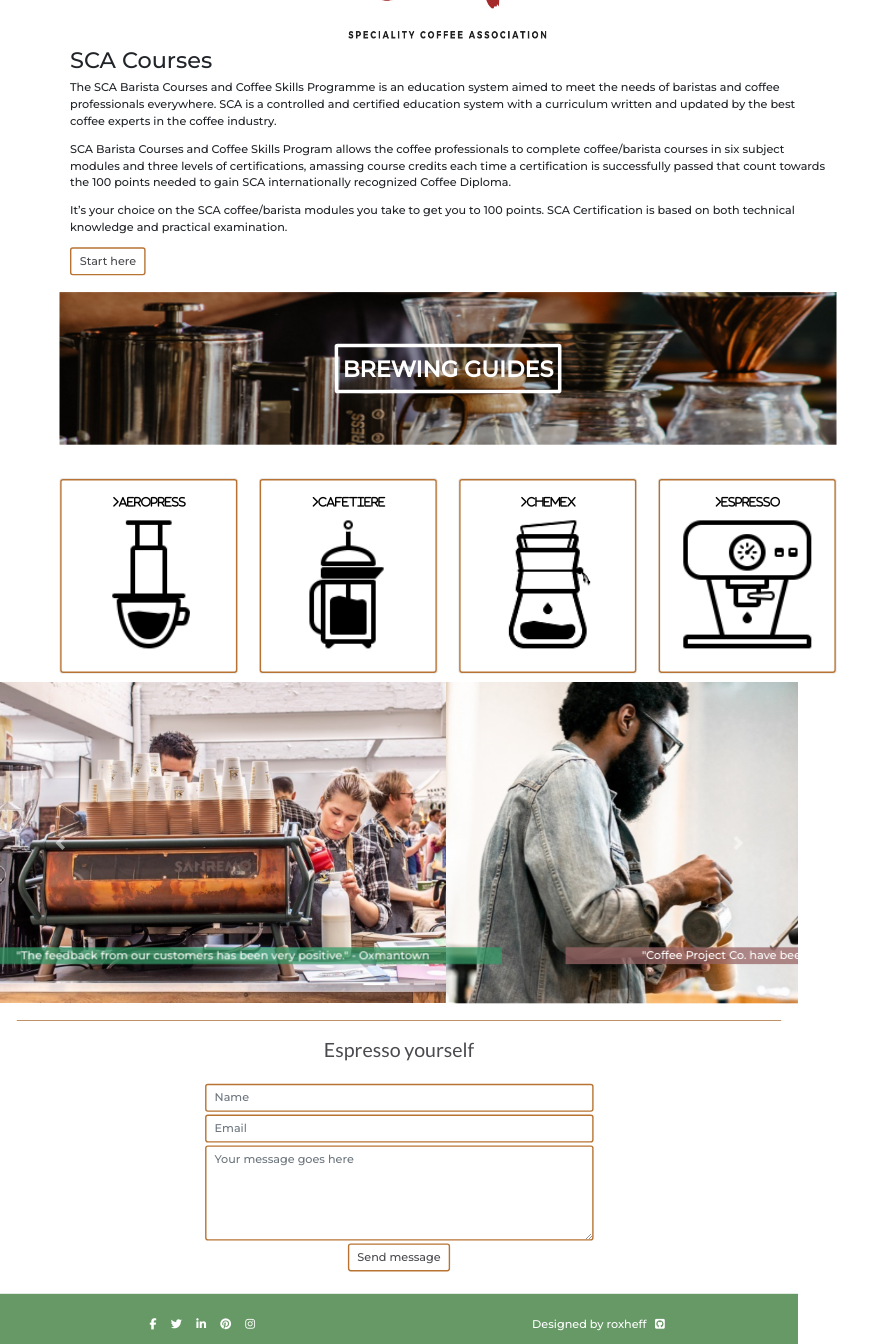
Repository: roxanahefferon/M1
Page: index.html
The author's editor kept a record of every edit. The page is drawn from the files as they stood at one moment, then again after the next edit.
The browser window is 1280 px wide. The pictures show the part of the page from y = 1946 to 3866 px (the page is 3866 px tall), at 70% of full size.
Some web libraries are served in a nearby version.

Above is the page before.

After the next edit:
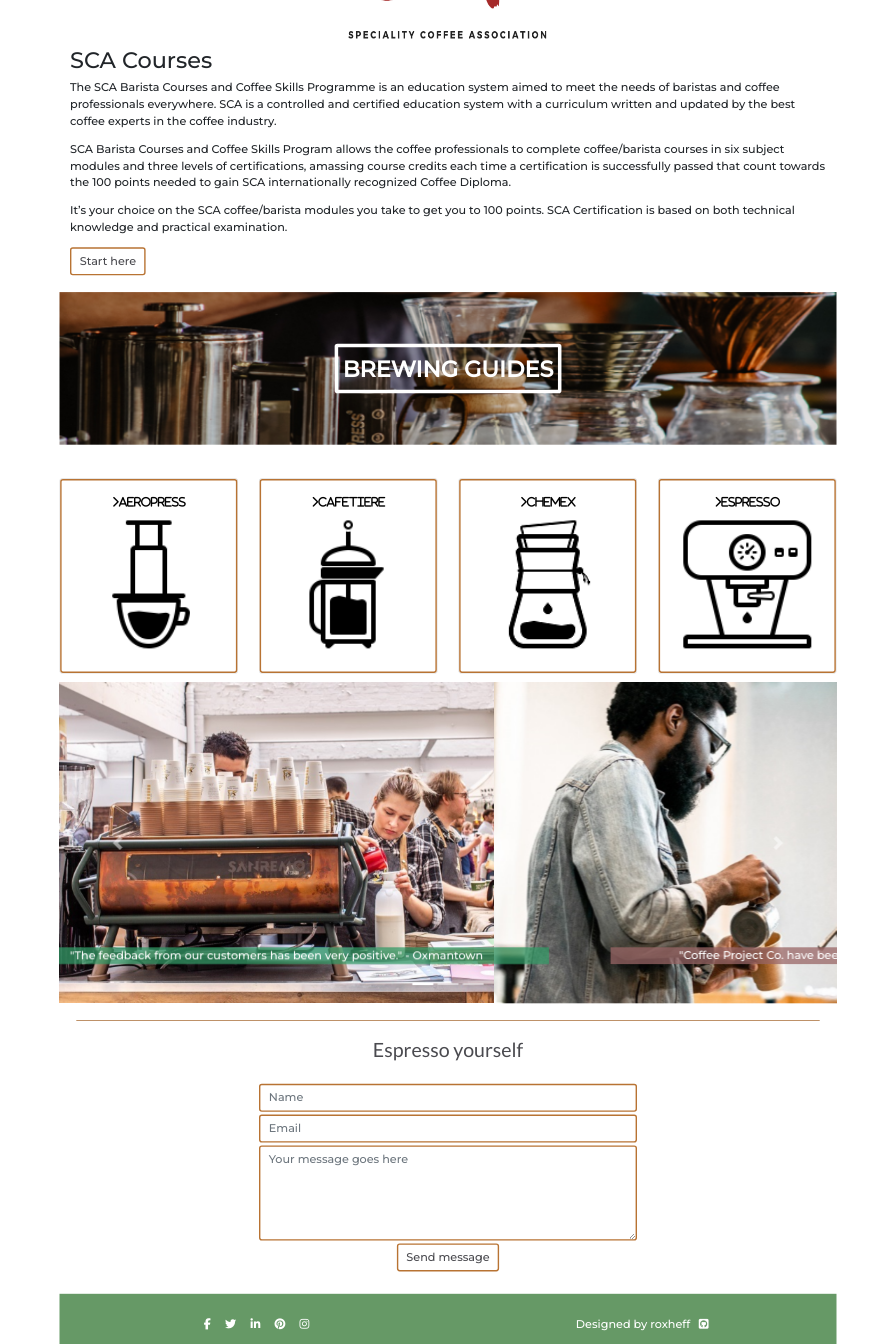
The edit:
--- a/assets/css/style.css
+++ b/assets/css/style.css
@@ -288,8 +288,7 @@
 /* --- carousel --- */
 
 .carousel-container {
-    margin: 0;
-    padding: 0;
+    margin: auto;
 }
 
 
